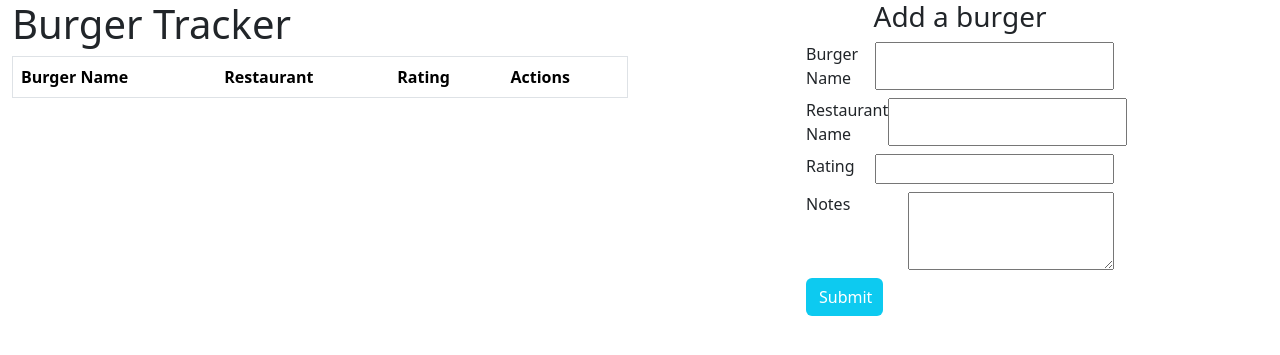
Repository: Hokusai12/Java_Dojo
Page: http://localhost/burgertracker/WEB-INF/index.jsp
These files come from the project's save history. The page is drawn as it stood at one moment and after the next save; the edit follows.
The browser window is 1280 px wide. The pictures show the whole page.
The page is served by Tomcat 9. Nobody is signed in. Other server files are loaded and not shown. The template is opened directly, without the code that normally fills it, so the values that code supplies are empty.

Above is the page before, as saved 2023-03-05 20:43:30.

### Spring/MVC/burgertracker/src/main/webapp/WEB-INF/index.jsp
<%@ page language="java" contentType="text/html; charset=ISO-8859-1"
	pageEncoding="ISO-8859-1"%>
<%@ taglib prefix="c" uri="http://java.sun.com/jsp/jstl/core"%>
<%@ taglib prefix="form" uri="http://www.springframework.org/tags/form"%>
<%@ page isErrorPage="true"%>
<!DOCTYPE html>
<html>
<head>
<meta charset="ISO-8859-1">
<link
	href="https://cdn.jsdelivr.net/npm/bootstrap@5.3.0-alpha1/dist/css/bootstrap.min.css"
	rel="stylesheet"
	integrity="sha384-GLhlTQ8iRABdZLl6O3oVMWSktQOp6b7In1Zl3/Jr59b6EGGoI1aFkw7cmDA6j6gD"
	crossorigin="anonymous">
<title>Burgerator</title>
</head>
<body>
	<div class="d-flex justify-content-around">
		<div class="container col-6">
			<h1>Burger Tracker</h1>
			<table class="table border">
				<thead>
					<tr>
						<th>Burger Name</th>
						<th>Restaurant</th>
						<th>Rating</th>
						<th>Actions</th>
					</tr>
				</thead>
				<tbody>
					<c:forEach items="${burgers}" var="burger">
						<tr>
							<td>${burger.name}</td>
							<td>${burger.restaurant}</td>
							<td>${burger.rating}</td>
							<td><a href="/burgers/edit/${burger.id}">Edit</a></td>
						</tr>
					</c:forEach>
				</tbody>
			</table>
		</div>
		<div class="container d-flex flex-column align-items-center">
			<h3>Add a burger</h3>
			<form:form class="d-flex flex-column gap-2 col-6" action="/"
				method="POST" modelAttribute="burger">
				<div class="d-flex justify-content-between">
					<form:label path="name">Burger Name</form:label>
					<form:input type="text" path="name" />
				</div>
				<form:errors class="text-danger" path="name" />
				<div class="d-flex justify-content-between">
					<form:label path="restaurant">Restaurant Name</form:label>
					<form:input type="text" path="restaurant" />
				</div>
				<form:errors class="text-danger" path="restaurant" />
				<div class="d-flex justify-content-between">
					<form:label path="rating">Rating</form:label>
					<form:input type="text" path="rating" step="0.1" />
				</div>
				<form:errors class="text-danger" path="rating" />
				<div class="d-flex justify-content-between">
					<form:label path="notes">Notes</form:label>
					<form:textarea path="notes" id="notes" cols="20" rows="3"></form:textarea>
				</div>
				<form:errors class="text-danger" path="notes" />
				<input
					class="col-3 btn bg-info text-white <align-self-end></align-self-end>"
					type="submit" value="Submit" />
			</form:form>
		</div>
	</div>
</body>
</html>

After the next save:
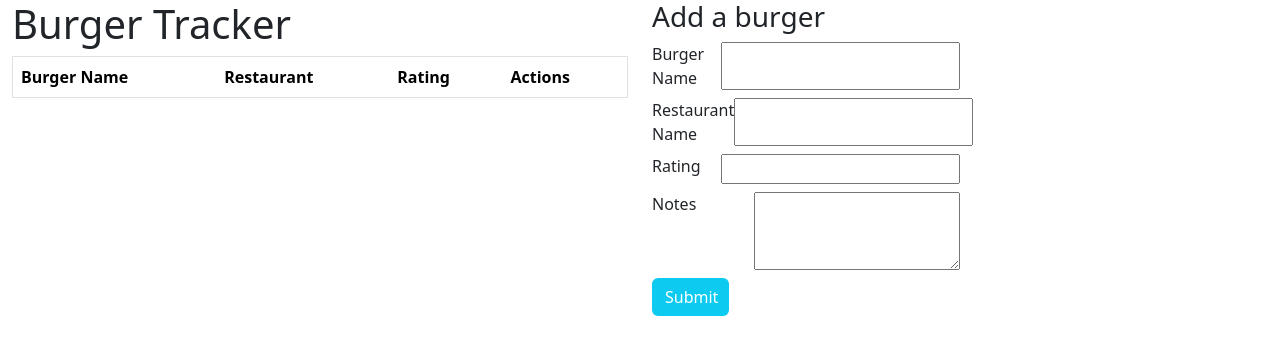
Saved 21 s later.
--- a/Spring/MVC/burgertracker/src/main/webapp/WEB-INF/index.jsp
+++ b/Spring/MVC/burgertracker/src/main/webapp/WEB-INF/index.jsp
@@ -39,9 +39,9 @@
 				</tbody>
 			</table>
 		</div>
-		<div class="container d-flex flex-column align-items-center">
+		<div class="container d-flex flex-column">
 			<h3>Add a burger</h3>
-			<form:form class="d-flex flex-column gap-2 col-6" action="/"
+			<form:form class="d-flex flex-column gap-2 col-6 " action="/"
 				method="POST" modelAttribute="burger">
 				<div class="d-flex justify-content-between">
 					<form:label path="name">Burger Name</form:label>

After the 2 saves that followed:
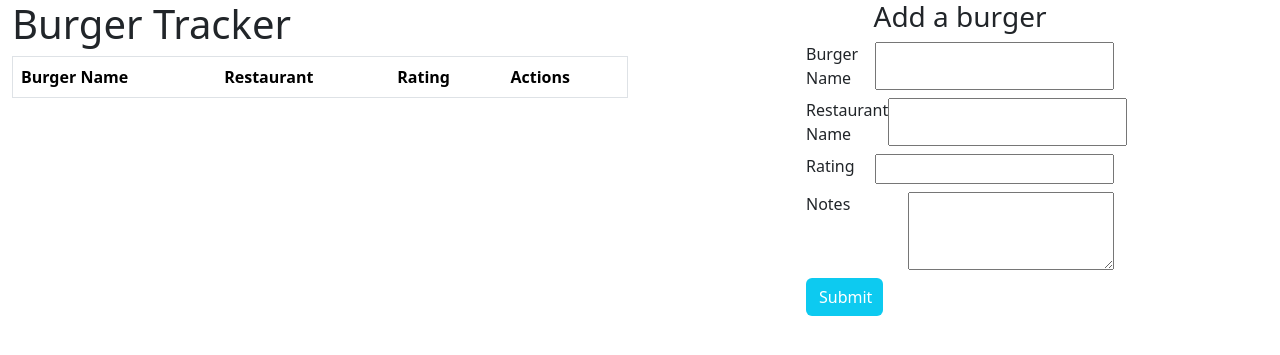
The 2 saves are shown as one change because 1 left the picture as it was.
The last was saved 30 s later.
--- a/Spring/MVC/burgertracker/src/main/webapp/WEB-INF/index.jsp
+++ b/Spring/MVC/burgertracker/src/main/webapp/WEB-INF/index.jsp
@@ -39,7 +39,7 @@
 				</tbody>
 			</table>
 		</div>
-		<div class="container d-flex flex-column">
+		<div class="container d-flex flex-column align-items-center justify-content-around">
 			<h3>Add a burger</h3>
 			<form:form class="d-flex flex-column gap-2 col-6 " action="/"
 				method="POST" modelAttribute="burger">
